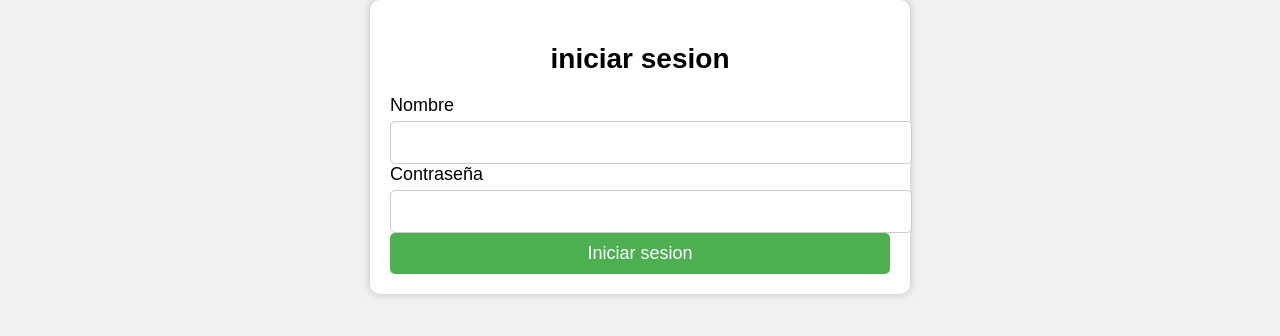
Repository: n0soyHacker/school-administration-app
Page: /
The author's editor kept a copy of each file at every save. The page is drawn from the files as they stood at one save, then again after the next save.
The browser window is 1280 px wide. The pictures show the whole page.
The project was rebuilt for these pictures with package versions that can differ from the ones it lists, and the page was loaded fresh each time.

Above is the page before, as saved 2023-02-16 12:12:34.

After the next save:
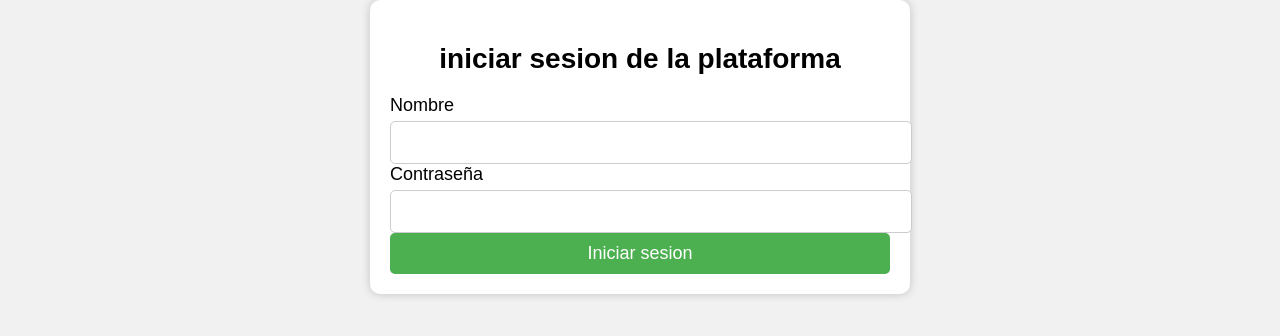
Saved 3 min 1 s later.
--- a/src/App.js
+++ b/src/App.js
@@ -6,7 +6,7 @@ function App() {
     <div className="App">
 
       <form>
-        <h2>iniciar sesion</h2>
+        <h2>iniciar sesion de la plataforma</h2>
         <label for="username">Nombre</label>
           <input type="text" id="username" name='username' required></input>
           <label for="password">Contraseña</label>
